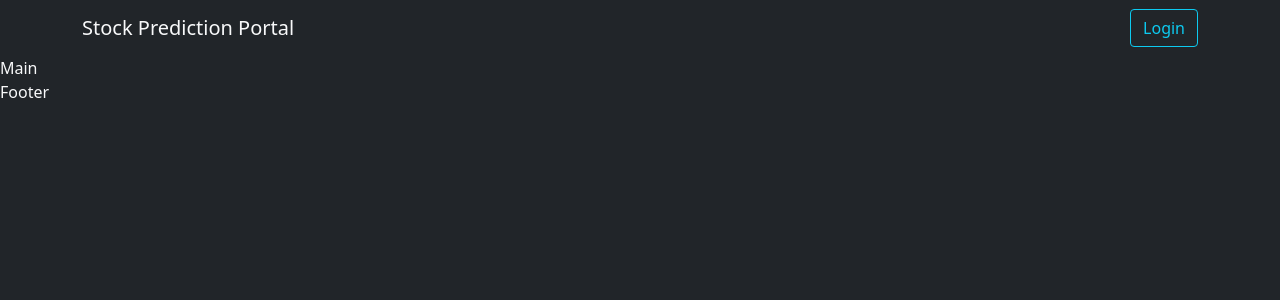
Repository: killerTiger10/stock-prediction-portal
Page: / (app in frontend-react/)
The author's editor kept a copy of each file at every save. The page is drawn from the files as they stood at one save, then again after the next save.
The browser window is 1280 px wide. The pictures show the whole page.
The project was rebuilt for these pictures with package versions that can differ from the ones it lists, and the page was loaded fresh each time. Also part of the build but not shown: frontend-react/vite.config.js.

Above is the page before, as saved 2025-06-13 23:59:05.

After the next save:
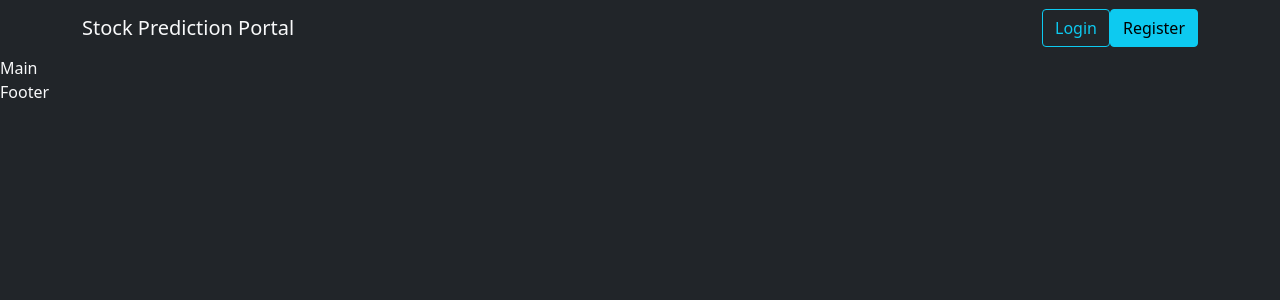
Saved 22 s later.
--- a/frontend-react/src/components/Header.jsx
+++ b/frontend-react/src/components/Header.jsx
@@ -11,6 +11,9 @@ const Header = () => {
           <a href="" className="btn btn-outline-info">
             Login
           </a>
+          <a href="" className="btn btn-info">
+            Register
+          </a>
         </div>
       </nav>
     </>
